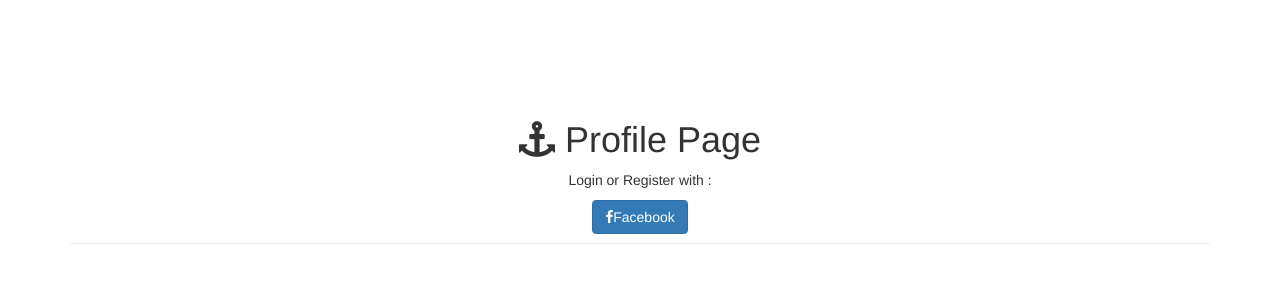
Repository: njir/nodejs
Page: facebook/views/profile.html
The author's editor kept a record of every edit. The page is drawn from the files as they stood at one moment, then again after the next edit.
The browser window is 1280 px wide. The pictures show the whole page.
Some web libraries are served in a nearby version.

Above is the page before.

### facebook/views/profile.html
<!DOCTYPE html>
<html>

<head>
  <meta charset="utf-8">
  <title>
    Node Authentication
  </title>
  <link rel='stylesheet' href='http://netdna.bootstrapcdn.com/bootstrap/3.0.2/css/bootstrap.min.css' />
  <link rel='stylesheet' href='http://netdna.bootstrapcdn.com/font-awesome/4.0.3/css/font-awesome.min.css' />
  <style>
    body {
      padding-top: 80px;
      word-wrap: break-word;
    }
  </style>

</head>

<body>
  <div class="container">
  <div class="page-header text-center">
    <h1>
      <span class="fa fa-anchor"></span> Profile Page
    </h1>
  <p>Login or Register with : </p>
  <a href="/auth/facebook" class="btn btn-primary"><span class="fa fa-facebook"></span>Facebook</a>

  </div>
  </div>
</body>

</html>

After the next edit:
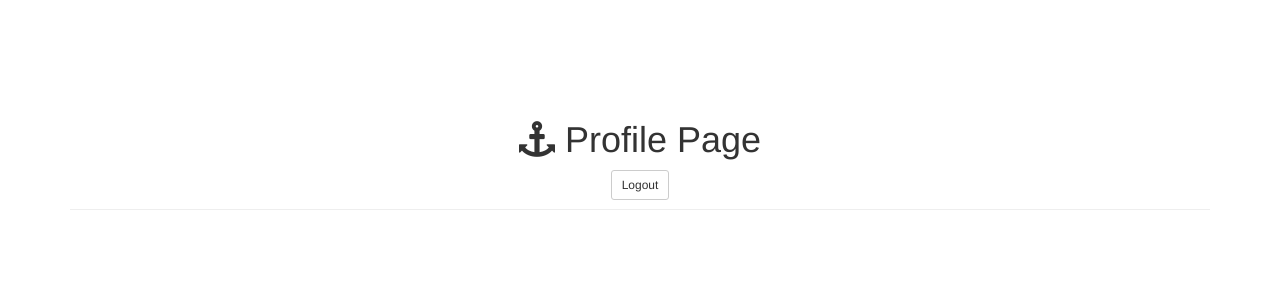
The edit:
--- a/facebook/views/profile.html
+++ b/facebook/views/profile.html
@@ -2,32 +2,37 @@
 <html>
 
 <head>
-  <meta charset="utf-8">
-  <title>
-    Node Authentication
-  </title>
-  <link rel='stylesheet' href='http://netdna.bootstrapcdn.com/bootstrap/3.0.2/css/bootstrap.min.css' />
-  <link rel='stylesheet' href='http://netdna.bootstrapcdn.com/font-awesome/4.0.3/css/font-awesome.min.css' />
-  <style>
-    body {
-      padding-top: 80px;
-      word-wrap: break-word;
-    }
-  </style>
+    <meta charset="utf-8">
+    <title>
+        Node Authentication
+    </title>
+    <link rel='stylesheet' href='http://netdna.bootstrapcdn.com/bootstrap/3.0.2/css/bootstrap.min.css' />
+    <link rel='stylesheet' href='http://netdna.bootstrapcdn.com/font-awesome/4.0.3/css/font-awesome.min.css' />
+    <style>
+        body {
+            padding-top: 80px;
+            word-wrap: break-word;
+        }
+    </style>
 
 </head>
 
 <body>
-  <div class="container">
-  <div class="page-header text-center">
-    <h1>
+    <div class="container">
+        <div class="page-header text-center">
+            <h1>
       <span class="fa fa-anchor"></span> Profile Page
     </h1>
-  <p>Login or Register with : </p>
-  <a href="/auth/facebook" class="btn btn-primary"><span class="fa fa-facebook"></span>Facebook</a>
+            <a href="/logout" class="btn btn-default btn-sm">Logout</a>
 
-  </div>
-  </div>
+        </div>
+        <div class="row">
+            <div class="col-sm-6">
+
+            </div>
+
+        </div>
+    </div>
 </body>
 
 </html>
